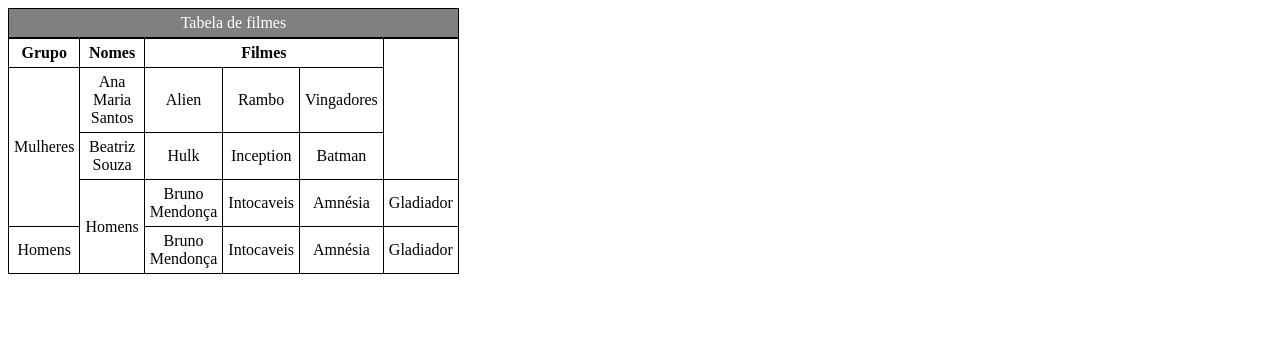
Repository: Lucianorodriguesdev/cursoHTML-CSS
Page: ex023/tabelas/index.html
These files come from the project's save history. The page is drawn as it stood at one moment and after the next save; the edit follows.
The browser window is 1280 px wide. The pictures show the whole page.

Above is the page before, as saved 2026-06-23 22:00:36.

After the next save:
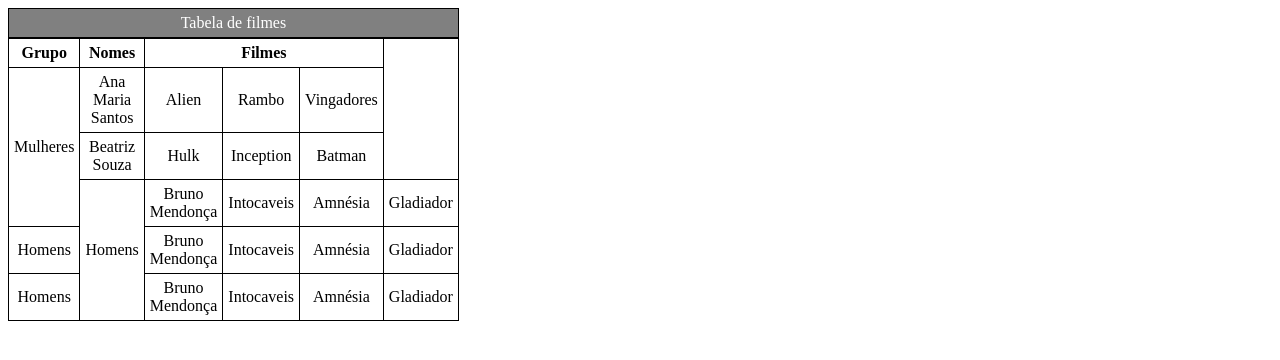
Saved 25 s later.
--- a/ex023/tabelas/index.html
+++ b/ex023/tabelas/index.html
@@ -59,7 +59,15 @@
 
             </tr>
             <tr>
-                <td rowspan="3">Homens</td>
+                <td >Homens</td>
+                <td>Bruno Mendonça</td>
+                <td>Intocaveis</td>
+                <td>Amnésia</td>
+                <td>Gladiador</td>
+
+            </tr>
+            <tr>
+                <td >Homens</td>
                 <td>Bruno Mendonça</td>
                 <td>Intocaveis</td>
                 <td>Amnésia</td>
